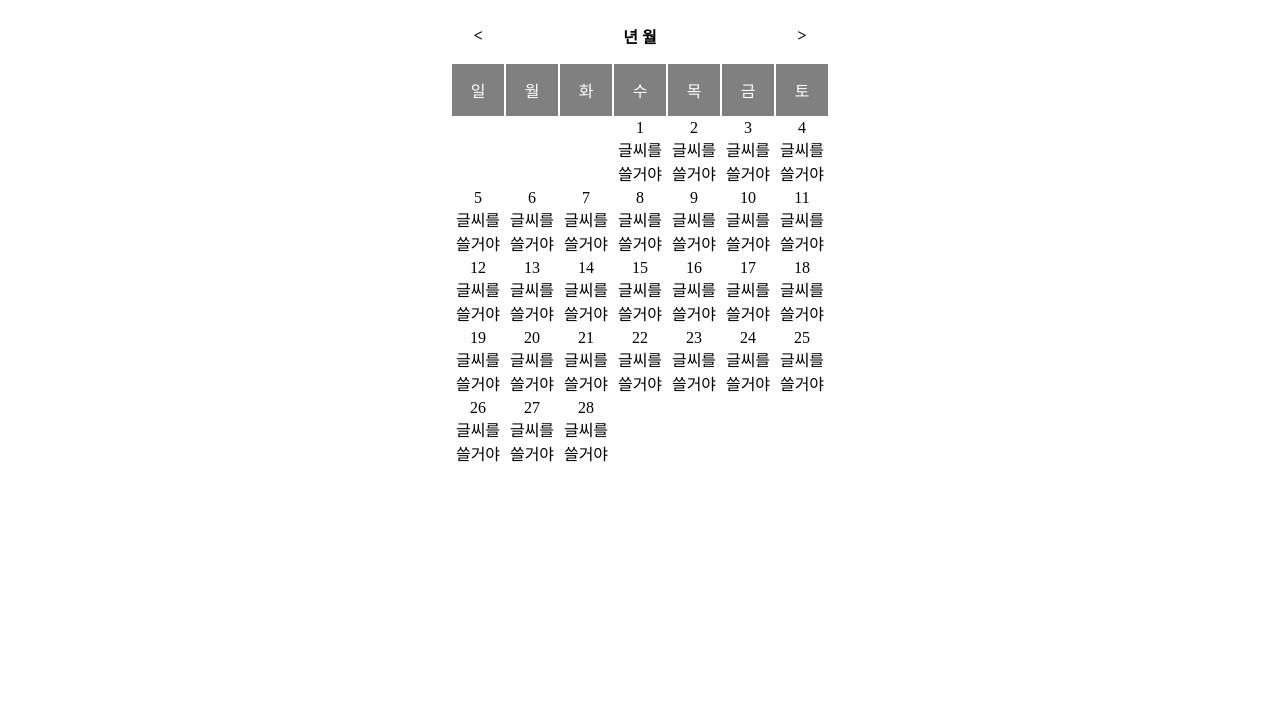
Repository: GreenPineTree/ProjectMoon
Page: http://localhost/ProjectMoon/WEB-INF/views/accountbook/assetmanageView_2.jsp
These files come from the project's save history. The page is drawn as it stood at one moment and after the next save; the edit follows.
The browser window is 1280 px wide. The pictures show the whole page.
The page is served by Tomcat 9. Nobody is signed in. The template is opened directly, without the code that normally fills it, so the values that code supplies are empty.

Above is the page before, as saved 2023-04-02 10:57:32.

After the next save:
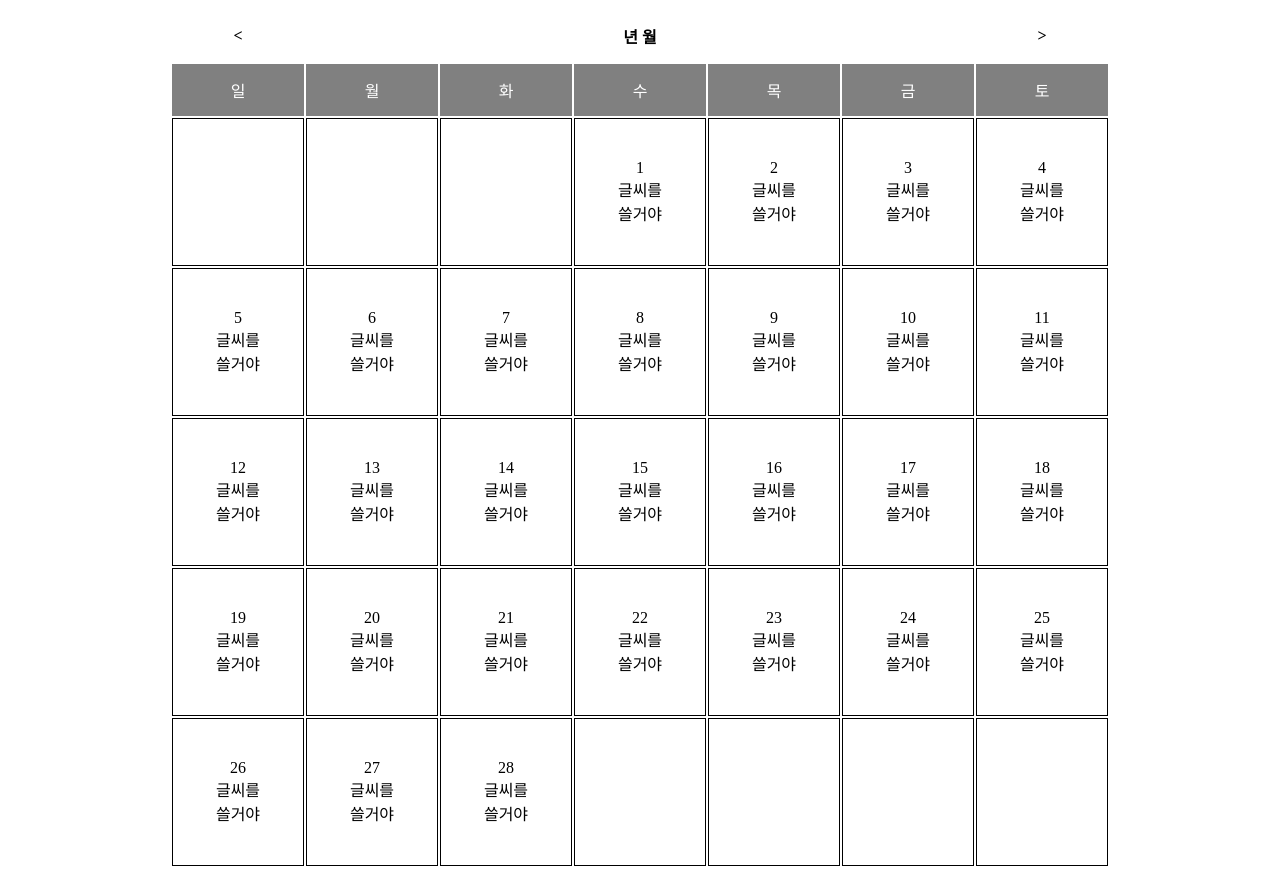
Saved 19 s later.
--- a/ProjectMoon/src/main/webapp/WEB-INF/views/accountbook/assetmanageView_2.jsp
+++ b/ProjectMoon/src/main/webapp/WEB-INF/views/accountbook/assetmanageView_2.jsp
@@ -42,7 +42,7 @@ function buildCalendar(){
 	for(var i = 0; i < calendarWeekCount; i++){
 		list += '<tr>';
 		for(var j = 0; j < 7; j++){
-			list += '<td>';
+			list += '<td style=\"border: solid 1px black; padding: 40px 40px;\">';
 			if(firstDay <= calendarPos && calendarDay < lastDate){
 				calendarDay++;
 				list += '<span>' + calendarDay + '</span><br>';
